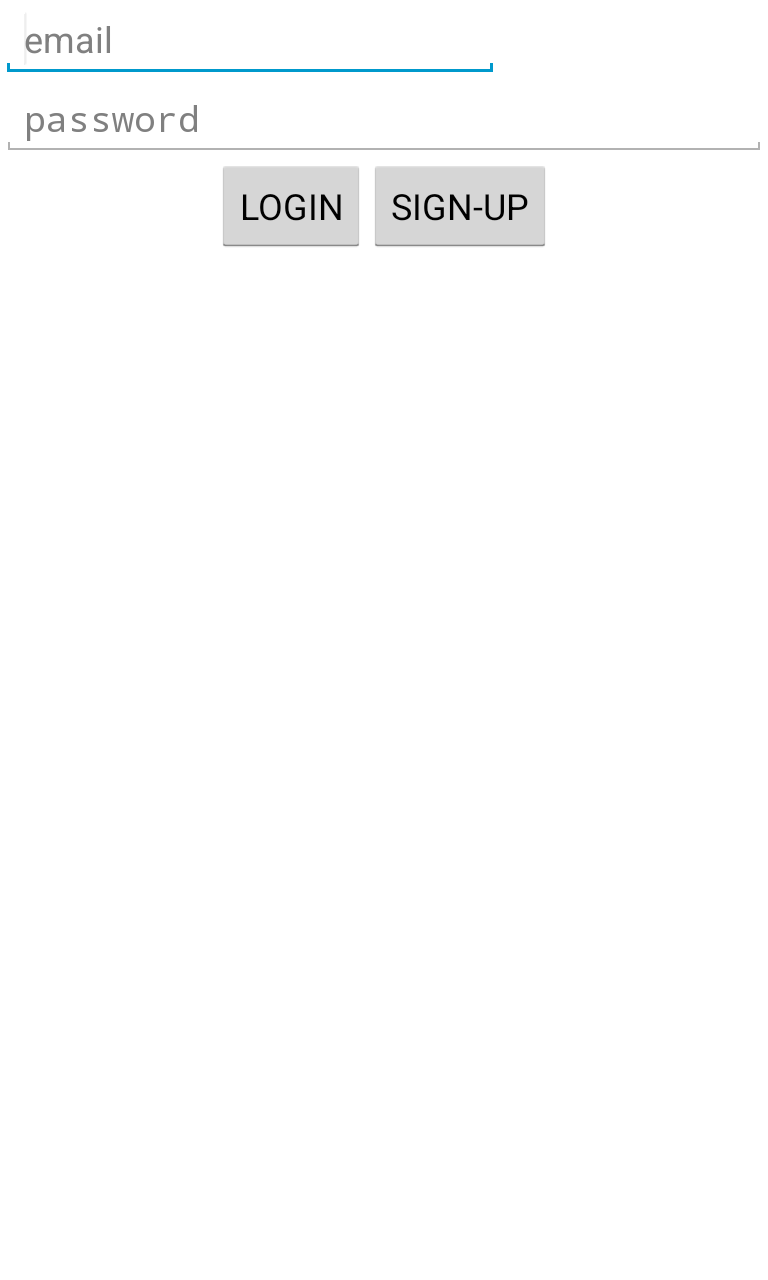
Repository: elvispap/The_Voice_of_People_Android_app
Layout: Voice of People/res/layout/login.xml
The author's editor kept a copy of each file at every save. The layout is drawn from the files as they stood at one save, then again after the next save.
It is drawn on a 768 x 1280 px phone screen (xhdpi) without system bars, with theme AppTheme; the app's code is not run.

Above is the layout before, as saved 2014-01-02 15:59:02.

### Voice of People/res/layout/login.xml
<?xml version="1.0" encoding="utf-8"?>
<LinearLayout xmlns:android="http://schemas.android.com/apk/res/android"
    android:layout_width="match_parent"
    android:layout_height="match_parent"
    android:orientation="vertical" >

    <EditText
        android:id="@+id/email"
        android:layout_width="250dp"
        android:layout_height="wrap_content"
        android:ems="10"
        android:hint="email"
        android:inputType="textEmailAddress" >

        <requestFocus />
    </EditText>

    <EditText
        android:id="@+id/password"
        android:layout_width="match_parent"
        android:layout_height="wrap_content"
        android:ems="10"
        android:hint="password"
        android:inputType="textPassword" />

    <LinearLayout
    	    android:orientation="horizontal"
    	    android:layout_width="wrap_content"
       	    android:layout_height="wrap_content"
    	    android:layout_gravity="center">
    	 <Button
	        android:id="@+id/login_button"
	        android:layout_width="wrap_content"
	        android:layout_height="wrap_content"
	        android:text="LOGIN" />

	    <Button
	        android:id="@+id/signup_button"
	        android:layout_width="wrap_content"
	        android:layout_height="wrap_content"
	        android:text="SIGN-UP" />
    </LinearLayout>


</LinearLayout>

Loaded but not shown: Voice of People/res/values/styles.xml (common file); Voice of People/res/values-v11/styles.xml (common file); Voice of People/res/values-v14/styles.xml (common file)

After the next save:
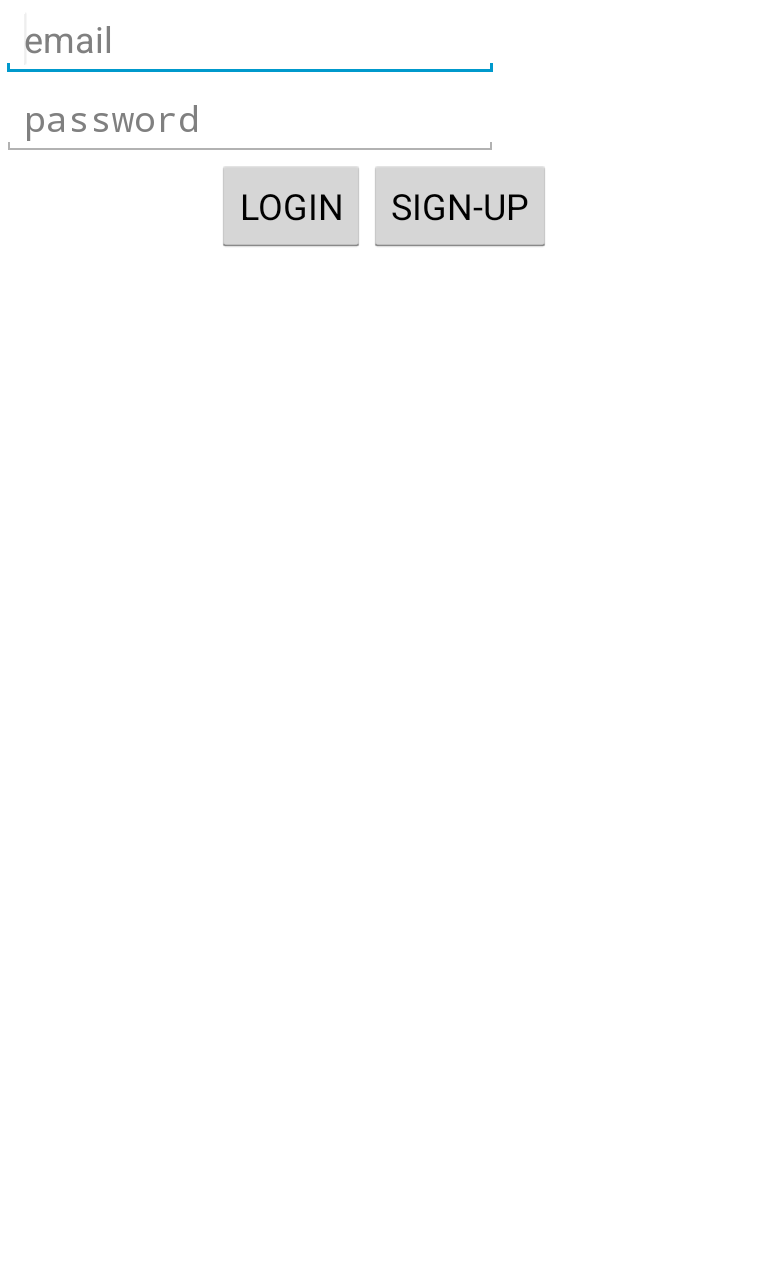
Saved 31 s later.
--- a/Voice of People/res/layout/login.xml
+++ b/Voice of People/res/layout/login.xml
@@ -17,7 +17,7 @@
 
     <EditText
         android:id="@+id/password"
-        android:layout_width="match_parent"
+        android:layout_width="250dp"
         android:layout_height="wrap_content"
         android:ems="10"
         android:hint="password"
